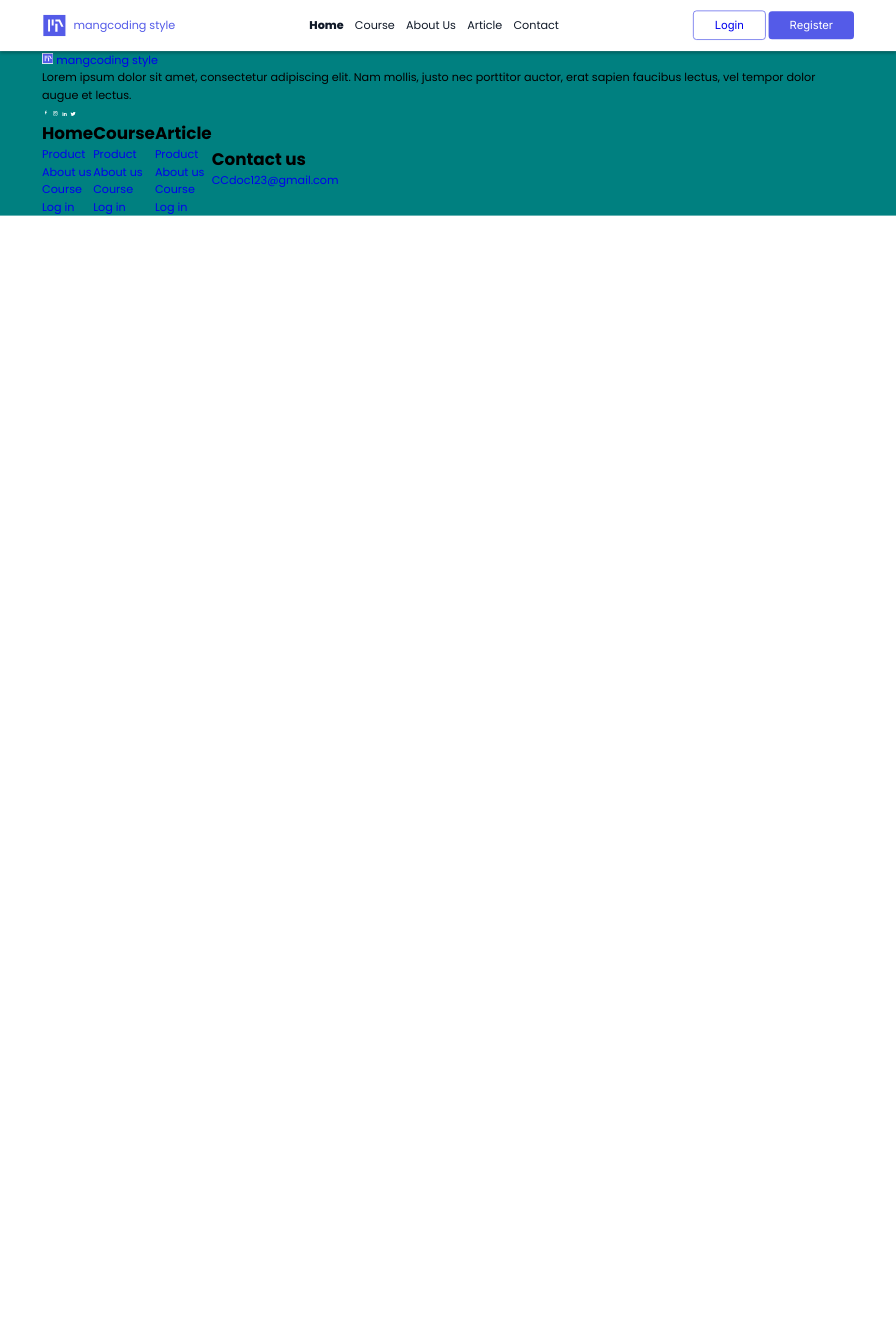
Repository: Dania-Alqam/landing-page
Page: index.html
An editor plug-in stored every save of this project. The page is shown before and after the next save, followed by the edit.
The browser window is 1280 px wide. The pictures show the part of the page from y = 0 to 1920 px (the page is 5000 px tall), at 70% of full size.

Above is the page before, as saved 2024-06-21 23:42:10.

After the next save:
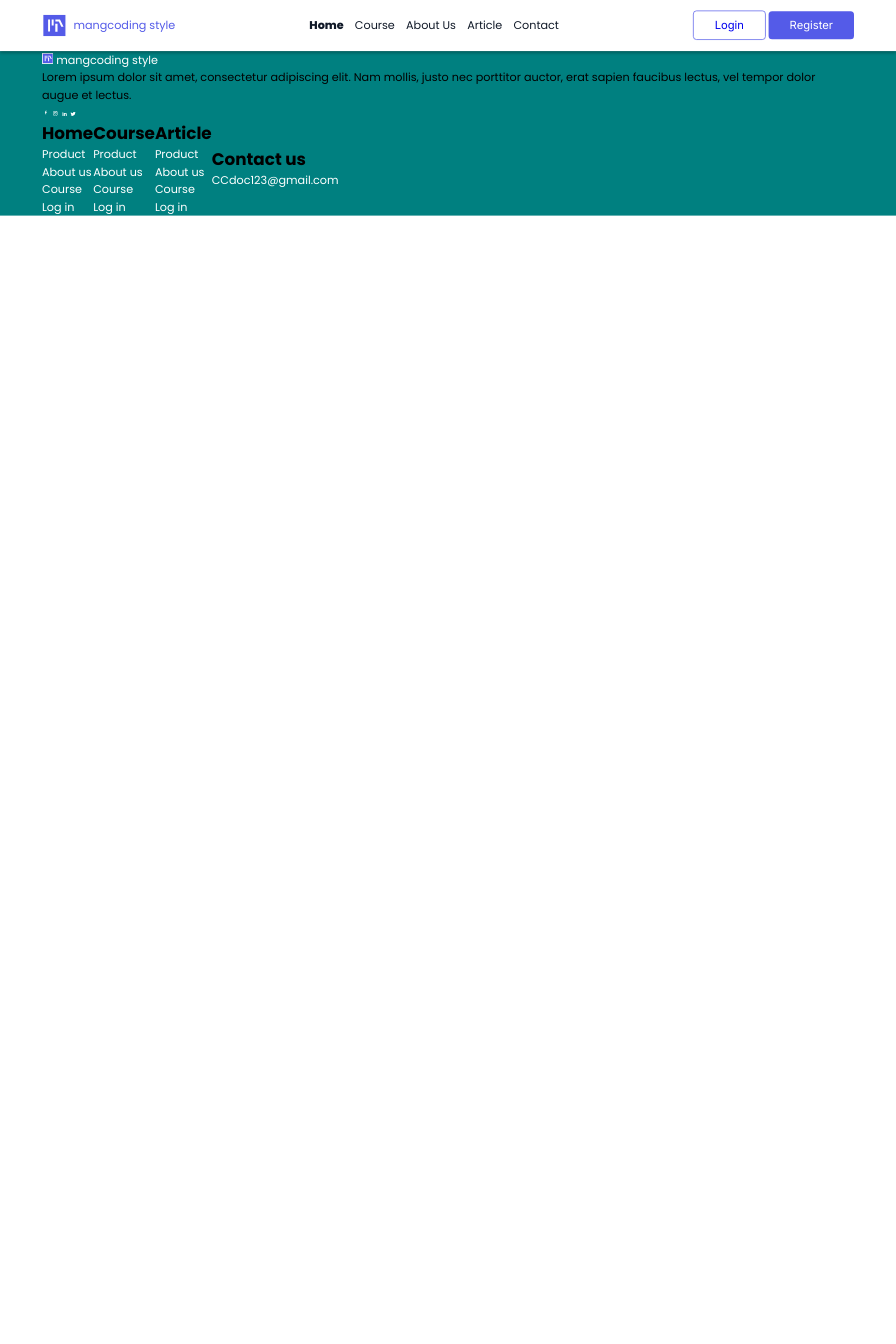
Saved 4 s later.
--- a/assests/css/main.css
+++ b/assests/css/main.css
@@ -67,6 +67,6 @@ font-weight: 800;
 }
 
 .footer a{
-    color: ;
+    color: #fff;
 }
 /* end footer */
